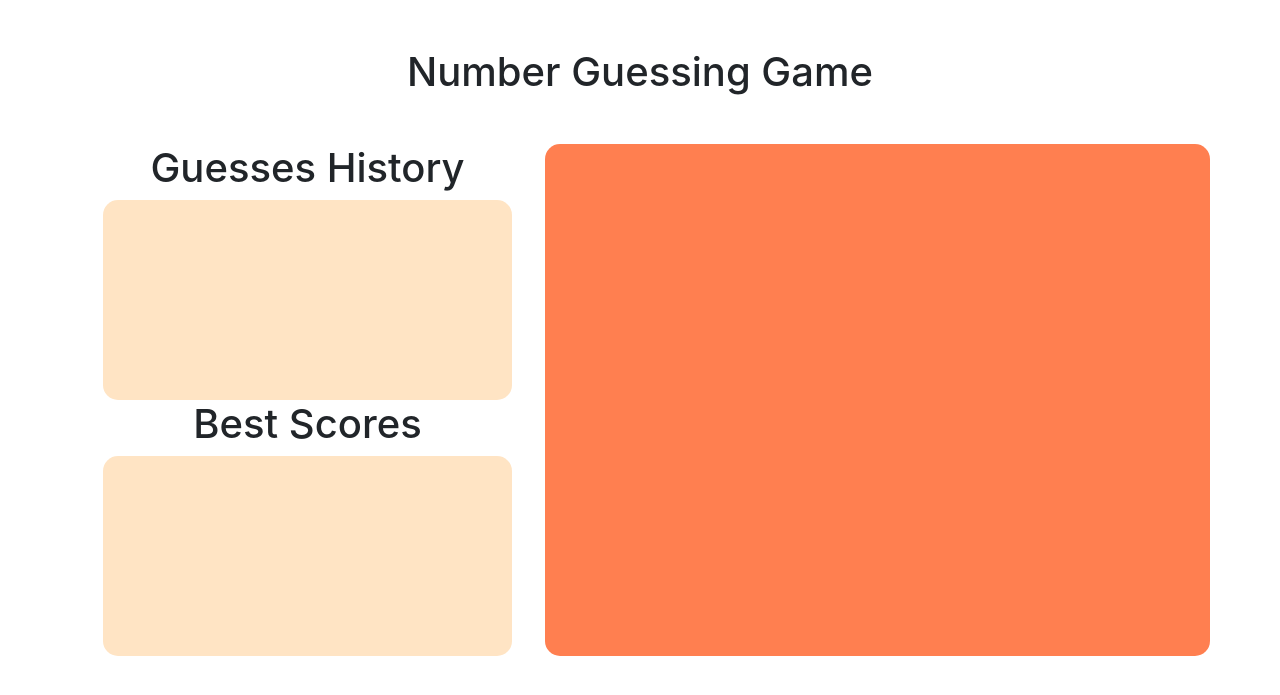
Repository: tts2610/NumberGuessingGame
Page: index.html
These files come from the project's save history. The page is drawn as it stood at one moment and after the next save; the edit follows.
The browser window is 1280 px wide. The pictures show the whole page.
After loading, the first visible `#startGameBtn` was clicked once.

Above is the page before, as saved 2020-05-13 12:57:59.

After the next save:
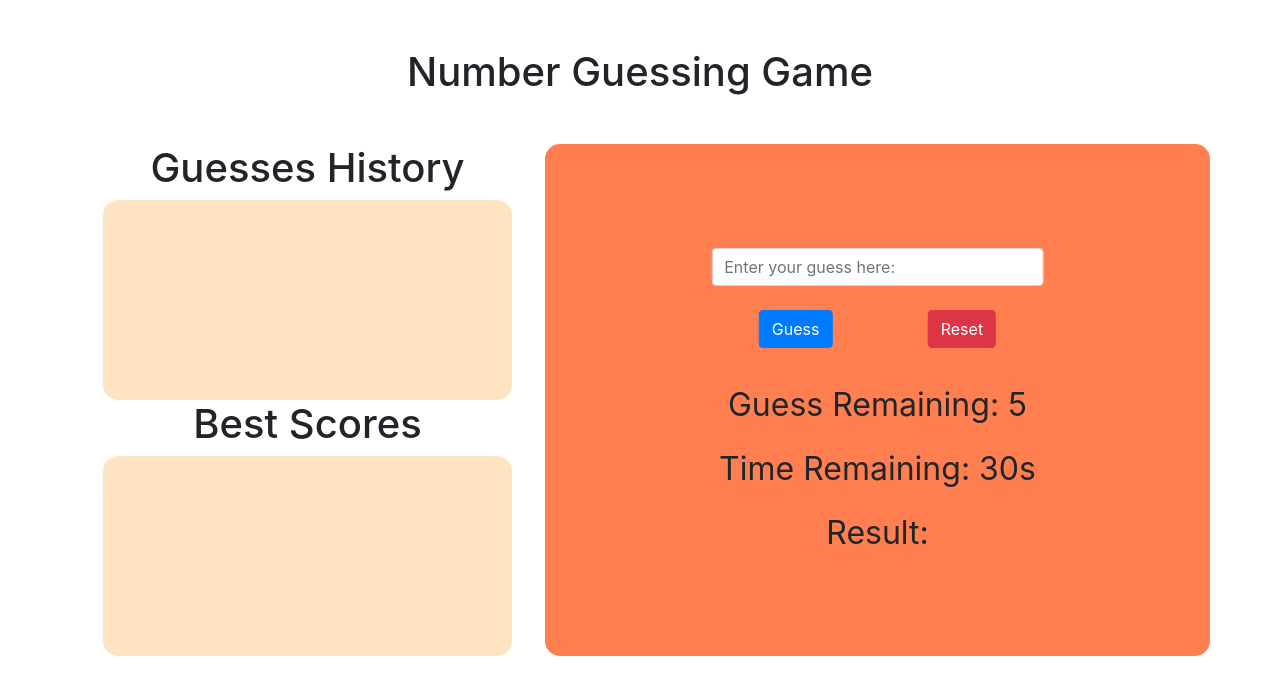
Saved 17 s later.
--- a/js/script.js
+++ b/js/script.js
@@ -9,7 +9,7 @@
 function startGame() {
     if (div.style.display === "none") {
         div.style.display = "block";
-        div.style.opacity = 0;
+        div.style.opacity = 1;
         startGameBtn.style.display = "none";
     }
 }

After the 3 saves that followed:
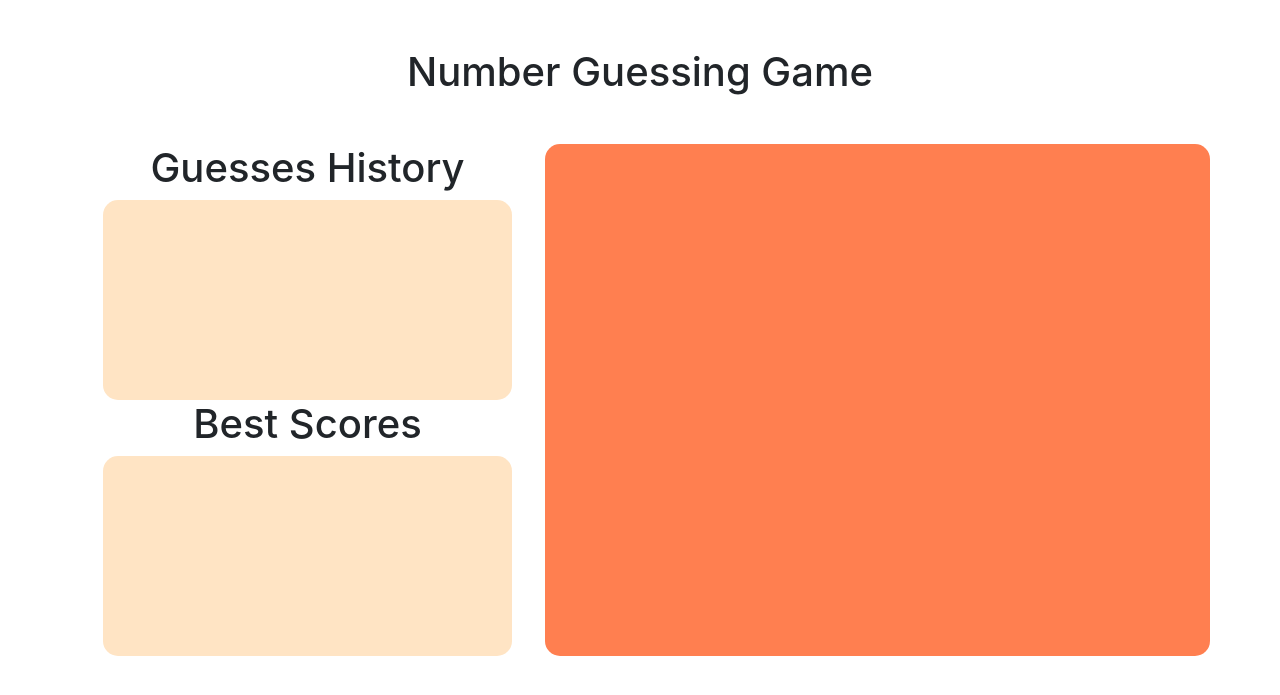
The 3 saves are shown as one change because 2 left the picture as it was.
The last was saved 3 min 54 s later.
--- a/js/script.js
+++ b/js/script.js
@@ -2,14 +2,13 @@
 let startGameBtn = document.getElementById("startGameBtn");
 $(document).ready(function() {
     div.style.display = "none";
-    div.style.transition = "opacity 1s ease-out";
+    div.style.transition = "opacity 5s ease-out";
     div.style.opacity = 0;
 });
 
 function startGame() {
     if (div.style.display === "none") {
         div.style.display = "block";
-        div.style.opacity = 1;
         startGameBtn.style.display = "none";
     }
 }
